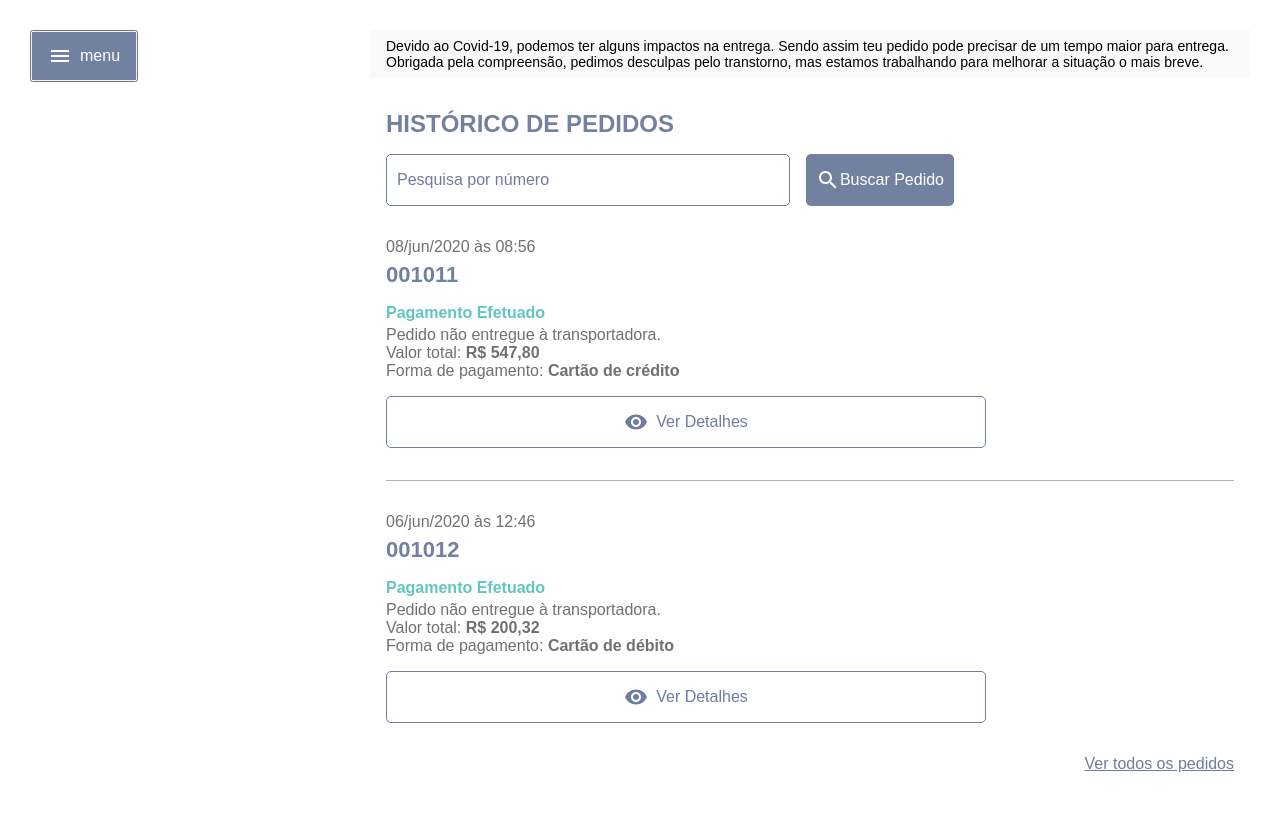
Repository: indiamarasiqueira/gestao-produto
Page: /
The author's editor kept a copy of each file at every save. The page is drawn from the files as they stood at one save, then again after the next save.
The browser window is 1280 px wide. The pictures show the whole page.
The project was rebuilt for these pictures with package versions that can differ from the ones it lists, and the page was loaded fresh each time. Also part of the build but not shown: src/pages/generic/style.js, src/pages/generic/index.js, src/components/ModalMenu/index.js.

Above is the page before, as saved 2020-07-07 11:02:47.

### src/global.js
import { createGlobalStyle } from "styled-components";

const GlobalStyle = createGlobalStyle`
    * {
        margin: 0;
        padding: 0;
        outline: 0;
        box-sizing: border-box;
    }
   html, body, #root {
    margin: 0;
    padding: 0;
    font-family: 'Montserrat', sans-serif;
    -webkit-font-smoothing: antialiased;
    -moz-osx-font-smoothing: grayscale;
    background-color: #ffffff;
    }
`;
export default GlobalStyle;

### src/routes.js
import React from "react";
import { BrowserRouter, Switch, Route } from "react-router-dom";

import GenericPage from "./pages/generic";
// import AppMenu from "./components/AppMenu";
import OrderHistory from "./pages/orderHistory";
import AlertCovid from "./components/AlertCovid";

export default function Routes() {
  return (
    <BrowserRouter>
      <Switch>
        <Route path="*">
          {/* <AppMenu />
          <AlertCovid /> */}
          <Route path="/perfil" exact component={() => <GenericPage title="Meu Perfil" />} />
          <Route path="/localizacao" exact component={() => <GenericPage title="Meus endereços" />} />
          <Route path="/favoritos" exact component={() => <GenericPage title="Lista de favoritos" />} />
          <Route path={["/", "/pedidos"]} exact component={OrderHistory} />
        </Route>
      </Switch>
    </BrowserRouter>
  );
}

### src/pages/orderHistory/index.js
import React, { Fragment, useState } from "react";

import { OrderMenu } from "./style";

import AppMenu from '../../components/AppMenu'
import AlertCovid from "../../components/AlertCovid";
import HeaderTitle from "../../components/HeaderTitle";
import BoxSearch from "../../components/BoxSearch/index";
import Order from "../../components/Order/index";


const OrderHistory = () => {
  const [value, setValue] = useState("");
  const [query, setQuery] = useState("");
  const handleChange = (e) => setValue(e.target.value);

  const handleSubmit = (e) => {
    e.preventDefault();
    setQuery(value);
  };

  return (
    <OrderMenu>
      <div>
        <AppMenu />
      </div>
      <div>
        <AlertCovid />
        <HeaderTitle>HISTÓRICO DE PEDIDOS</HeaderTitle>
        <BoxSearch value={value} handleChange={handleChange} handleSubmit={handleSubmit} />
        <Order query={query} />
      </div>
    </OrderMenu>
  );
};
export default OrderHistory;

### src/components/AlertCovid/index.js
import React from "react";

import { Alert } from './style';

const AlertCovid = () => {
  return (
    <Alert>
      Devido ao Covid-19, podemos ter alguns impactos na entrega. Sendo assim teu pedido pode precisar de um tempo maior
      para entrega. Obrigada pela compreensão, pedimos desculpas pelo transtorno, mas estamos trabalhando para melhorar
      a situação o mais breve.
    </Alert>
  );
};
export default AlertCovid;

### src/components/HeaderTitle/index.js
import React from "react";

import { Title } from "./style";

const HeaderTitle = (props) => {
  return <Title>{props.children}</Title>;
};
export default HeaderTitle;

### src/pages/orderHistory/style.js
import styled from "styled-components";

export const OrderMenu = styled.div`
  display: grid;
  justify-content: center;
  grid-template-columns: 340px 2fr ;
  padding: 30px;
  box-sizing: border-box;
  height: 100%;

   @media all and ( max-width: 1250px) {
    display: flex;
    flex-direction: column;
    width: 100%;
    padding: 10px;
  }
`;

### src/components/AppMenu/index.js
import React, { useState } from "react";
import { useHistory } from "react-router-dom";

import MenuIcon from "@material-ui/icons/Menu";
import LockOpenIcon from "@material-ui/icons/LockOpen";
import HistoryIcon from "@material-ui/icons/History";
import RoomOutlinedIcon from "@material-ui/icons/RoomOutlined";
import FavoriteBorderIcon from "@material-ui/icons/FavoriteBorder";
import CloseIcon from "@material-ui/icons/Close";

import ModalMenu from '../ModalMenu/index';

import {
  MenuMain,
  Button,
  BoxIcon,
  MainMenu,
  UserInfo,
  UserInfoName,
  UserInfoEmail,
  MenuList,
  MenuListItem,
  MenuIconImage
} from "./style";

const AppMenu = () => {
  const history = useHistory();
  const [show, showModal] = useState(false);
  const navigate = (route) => {
    history.push(route);
    showModal(false);
  }

  return (
    <MenuMain>
      <Button onClick={() => showModal(!show)}>
        <BoxIcon>{show ? <CloseIcon /> : <MenuIcon />}</BoxIcon>
        menu
      </Button>
      <ModalMenu show={show}>
        <MainMenu>
          <UserInfo>
            <UserInfoName>Caroline Melinda W Effting</UserInfoName>
            <UserInfoEmail>effting.caroline@gmail.com</UserInfoEmail>
          </UserInfo>
          <MenuList>
            <MenuListItem onClick={() => navigate("/perfil")}>
              <MenuIconImage>
                <LockOpenIcon />
              </MenuIconImage>
              <span className="menu-label">meu perfil</span>
            </MenuListItem>
            <MenuListItem onClick={() => navigate("/pedidos")}>
              <MenuIconImage>
                <HistoryIcon />
              </MenuIconImage>
              <span className="menu-label">histórico de pedidos</span>
            </MenuListItem>
            <MenuListItem onClick={() => navigate("/localizacao")}>
              <MenuIconImage>
                <RoomOutlinedIcon />
              </MenuIconImage>
              <span className="menu-label">meus endereços</span>
            </MenuListItem>
            <MenuListItem onClick={() => navigate("/favoritos")}>
              <MenuIconImage>
                <FavoriteBorderIcon />
              </MenuIconImage>
              <span className="menu-label">lista de favoritos</span>
            </MenuListItem>
          </MenuList>
        </MainMenu>
      </ModalMenu>
    </MenuMain>
  );
};
export default AppMenu;

### src/components/BoxSearch/index.js
import React from "react";

import { Box, InputText, ButtonSearch } from "./style";
import SearchIcon from "@material-ui/icons/Search";

const BoxSearch = (props) => {
  return (
    <Box onSubmit={props.handleSubmit}>
      <InputText
        type="number"
        placeholder="Pesquisa por número"
        value={props.value}
        onChange={props.handleChange}
      />
      <ButtonSearch type="submit">
        <SearchIcon />
        <span className="search-text">Buscar Pedido</span>
      </ButtonSearch>
    </Box>
  );
};
export default BoxSearch;

### src/components/Order/index.js
import React, { useState } from "react";

import VisibilityIcon from "@material-ui/icons/Visibility";
import orderData from '../../db.json'

import {
  Empty,
  OrderList,
  OrderListItem,
  OrderDate,
  OrderId,
  OrderBox,
  OrderInfo,
  OrderStatus,
  ButtonOutline,
  OrderAll,
} from "./style";

const findOrder = (detail, query) => {
  const list = orderData.data;

  if (query){
    const regex = new RegExp(query);

    return list.filter(item => regex.test(item.id))
  }

  return detail ? orderData.data : orderData.data.slice(0, 2);
}


const Order = ({query}) => {
  const [detail, setDetail] = useState(false);
  const list = findOrder(detail, query)

  if (!list.length) {
    return <Empty>nenhum pedido encontrado :(</Empty>
  }

  return (
    <OrderList>
      {list.map((item, key) => (
        <OrderListItem key={key}>
          <OrderDate>{item.date}</OrderDate>
          <OrderId>{item.id}</OrderId>
          <OrderBox>
            <OrderInfo>
              <OrderStatus>{item.title}</OrderStatus>
              <p>
                {item.description}
                <br />
                Valor total: <b>R$ {item.price} </b>
                <br />
                Forma de pagamento: <b>{item.payment}</b>
              </p>
            </OrderInfo>
            <ButtonOutline>
              <VisibilityIcon />
              Ver Detalhes
            </ButtonOutline>
          </OrderBox>
        </OrderListItem>
      ))}
      {!detail && <OrderAll onClick={setDetail}>Ver todos os pedidos</OrderAll>}
    </OrderList>
  );
};
export default Order;

### src/components/AlertCovid/style.js
import styled from "styled-components";


// Main Page
export const Alert = styled.div`
  background: #f9f9f9;
  padding: 8px 16px;
  font-size: 14px;
`;

### src/components/HeaderTitle/style.js
import styled from "styled-components";

export const Title = styled.h1`
  color: #7281a0;
  padding: 16px;
  margin-top: 16px;
  font-weight: bold;
  font-size: 24px;
`;

### src/components/AppMenu/style.js
import styled from "styled-components";

export const MenuMain = styled.button`


`;
export const Button = styled.button`
  display: flex;
  align-items: center;
  justify-content: start;
  padding: 12px 16px;
  border: none;
  background: #7281A0;
  width: 100%;
  color: #ffffff;
  font-size: 16px;
  transition: all 0.2s ease-out;
  height: 48px;

  :hover{
    color: #7281A0;
    background: #F4F4F4;
  }
`;
export const BoxIcon = styled.div`
  display: inline-block;
  margin-right: 8px;
  height: 24px;
`;
export const MainMenu = styled.div`
  color: #717171;
  padding: 0 16px;
  border-bottom: 1px solid rgba(0, 0, 0, 0.3);
  position: fixed;
  top: 48px;
  left: 0;
  right: 0;
  bottom: 0;
  background: #fff;
`;

// User
export const UserInfo = styled.div`
  padding: 16px 0;
`;
export const UserInfoName = styled.p`
  margin-bottom: 8px;
`;
export const UserInfoEmail = styled.p``;
// Menu
export const MenuList = styled.nav``;

export const MenuListItem = styled.a`
  display: flex;
  align-items: center;
  padding: 16px 0;
  border-top: 1px solid rgba(0, 0, 0, 0.3);

  :hover{
    color: #707070;
    background: #F4F4F4;
  }
`;
export const MenuIconImage = styled.i`
  padding-left: 4px;
  padding-right: 16px;
`;

### src/components/BoxSearch/style.js
import styled from "styled-components";

export const Box = styled.form`
  padding: 0 16px;
  display: flex;
  align-items: center;
  justify-content: space-between;
  max-width: 600px;

`;
export const InputText = styled.input`
  flex: 1;
  color: #7281a0;
  height: 52px;
  border-radius: 5px;
  border: 1px solid #6e7d9d;
  font-size: 16px;
  padding-left: 10px;

  ::placeholder {
    color: #6e7d9d;
  }
`;
export const ButtonSearch = styled.button`
  background: #7281a0;
  border-radius: 5px;
  height: 52px;
  border: none;
  margin-left: 16px;
  padding: 10px;
  color: #ffffff;
  font-size: 16px;
  display: flex;
  align-items: center;
  justify-content: center;

  @media all and (max-width: 600px){
    .search-text{
      display: none;
    }
  }
`;

### src/db.json
{
  "data": [
    {
      "id": "001011",
      "date": "08/jun/2020 às 08:56",
      "title": "Pagamento Efetuado",
      "description": "Pedido não entregue à transportadora.",
      "price": "547,80",
      "payment": "Cartão de crédito"

    },
    {
      "id": "001012",
      "date": "06/jun/2020 às 12:46",
      "title": "Pagamento Efetuado",
      "description": "Pedido não entregue à transportadora.",
      "price": "200,32",
      "payment": "Cartão de débito"
    },
    {
      "id": "001013",
      "date": "04/jun/2020 às 09:30",
      "title": "Pagamento Efetuado",
      "description": "Pedido não entregue à transportadora.",
      "price": "150,60",
      "payment": "Cartão de crédito"
    },
    {
      "id": "001014",
      "date": "29/mai/2020 às 17:30",
      "title": "Pagamento Efetuado",
      "description": "Pedido não entregue à transportadora.",
      "price": "83,58",
      "payment": "Cartão de débito"
    }
  ]

}

### src/components/Order/style.js
import styled from "styled-components";

export const Empty = styled.div`
  padding: 16px;
  color: #ccc;
  text-align: center;
`;
export const OrderList = styled.div`
  padding: 0 16px;
`;
export const OrderListItem = styled.div`
  padding: 32px 0;
  border-top: 1px solid rgba(0, 0, 0, 0.3);

  &:first-of-type {
    border-top-width: 0;
  }
`;
export const OrderDate = styled.p`
  color: #707070;
  font-size: 16px;
`;
export const OrderId = styled.p`
  padding-top: 6px;
  color: #7281a0;
  font-size: 22px;
  font-weight: bold;
`;
export const OrderBox = styled.div`
  max-width: 600px;
`;
export const OrderInfo = styled.div`
  flex: 1;
  margin: 16px 0;
  color: #707070;

`;
export const OrderStatus = styled.p`
  color: #61c5c0;
  margin-bottom: 4px;
  font-weight: bold;
`;
export const ButtonOutline = styled.div`
  border-radius: 5px;
  border: 1px solid #6e7d9d;
  height: 52px;
  display: flex;
  align-items: center;
  justify-content: center;
  color: #6e7d9d;
  padding: 8px 16px;

  svg {
    margin-right: 8px;
  }

`;
export const OrderAll = styled.button`
  color: #6E7D9D;
  margin-bottom: 32px;
  background: none;
  border: none;
  text-decoration: underline;
  width: 100%;
  display: flex;
  align-items: center;
  justify-content: flex-end;
  font-size: 16px;
`;

Loaded but not shown: public/index.html (common file); src/index.js (common file)

After the next save:
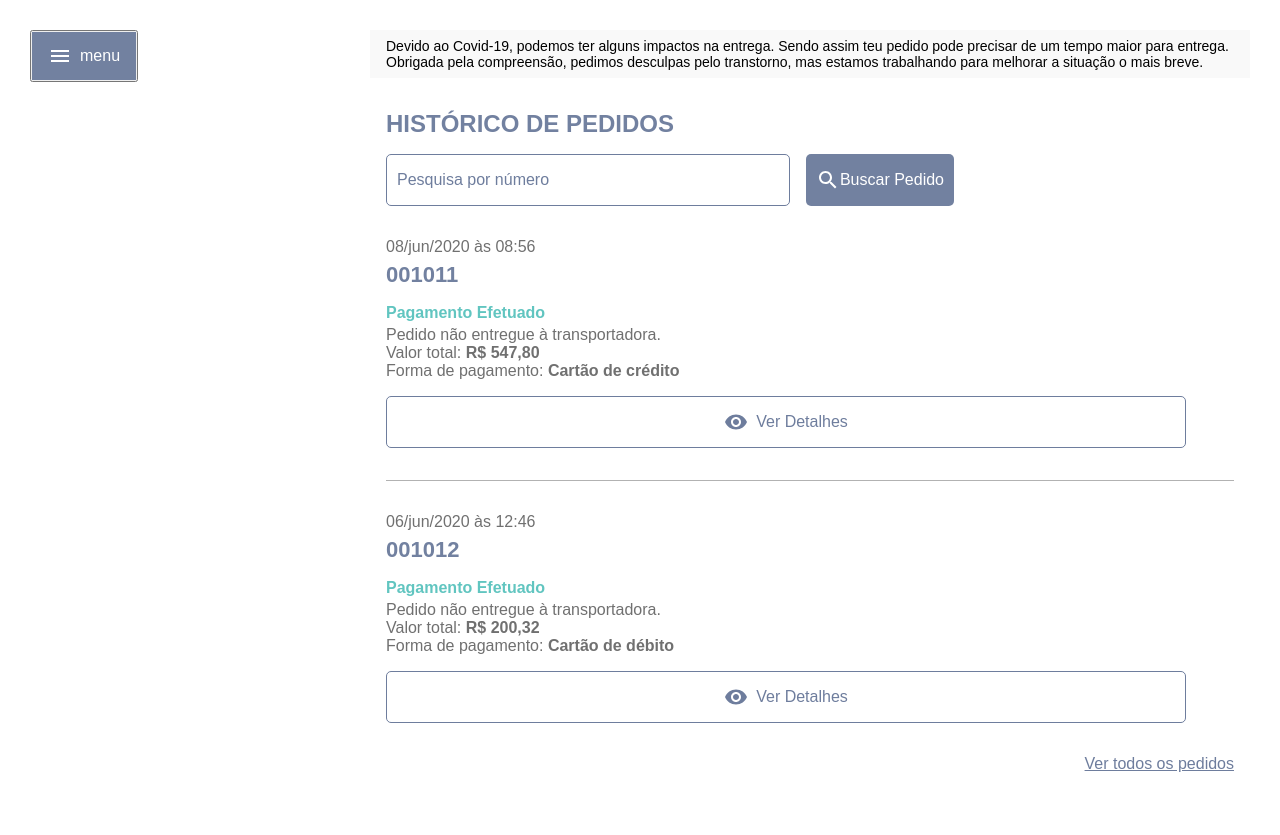
Saved 5 s later.
--- a/src/components/Order/style.js
+++ b/src/components/Order/style.js
@@ -27,7 +27,7 @@ export const OrderId = styled.p`
   font-weight: bold;
 `;
 export const OrderBox = styled.div`
-  max-width: 600px;
+  max-width: 800px;
 `;
 export const OrderInfo = styled.div`
   flex: 1;
